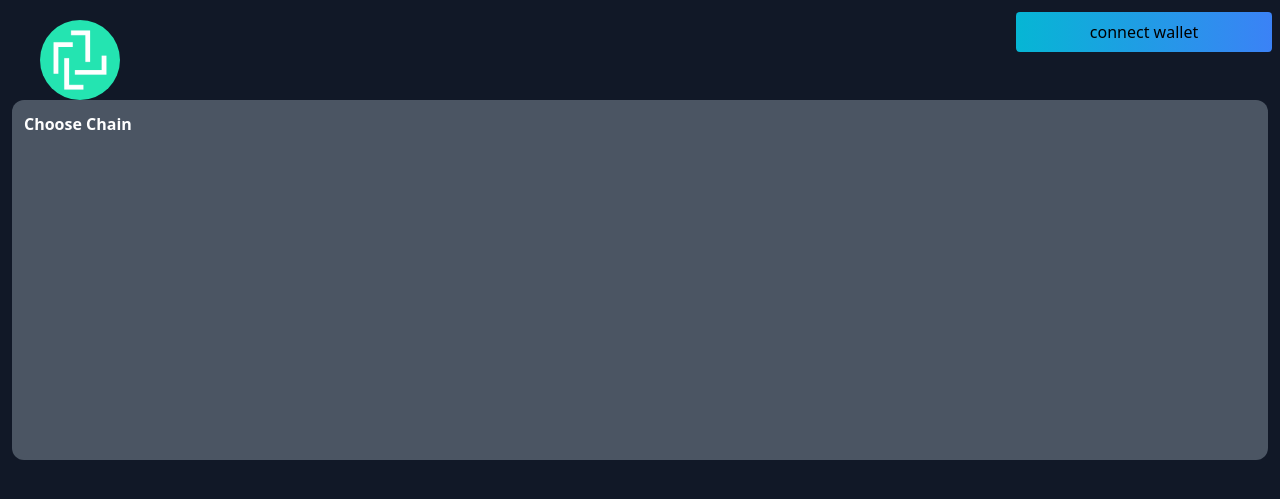
Repository: AstriaFinance/AstriaMvp
Page: /
An editor plug-in stored every save of this project. The page is shown before and after the next save, followed by the edit.
The browser window is 1280 px wide. The pictures show the whole page.
The project was rebuilt for these pictures with package versions that can differ from the ones it lists, and the page was loaded fresh each time. Also part of the build but not shown: src/components/Nav.jsx, src/components/ErrorPage.jsx.

Above is the page before, as saved 2022-07-04 09:52:40.

After the next save:
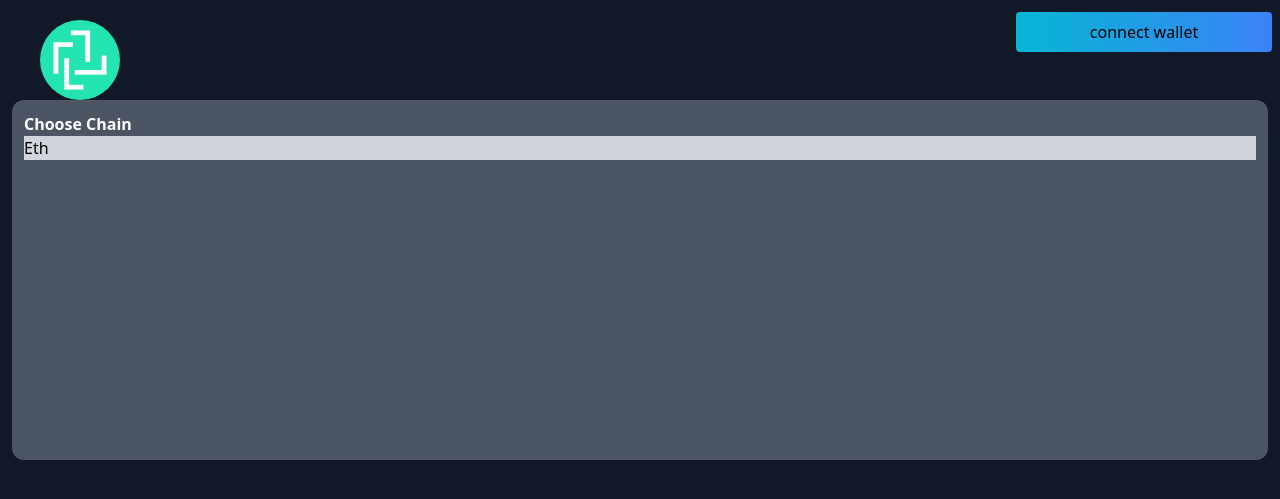
Saved 2 min 6 s later.
--- a/src/components/Home.jsx
+++ b/src/components/Home.jsx
@@ -172,7 +172,10 @@ const Home = () => {
         </button>
       </div>
       <div className="bg-gray-600 rounded-xl h-1/2 mx-3 p-3">
-        <h2 className="text-white font-bold font-san">Choose Chain</h2>
+        <h2 className="text-white font-bold ">Choose Chain</h2>
+        <div>
+          <div className="bg-gray-300">Eth</div>
+        </div>
       </div>
     </div>
   );
